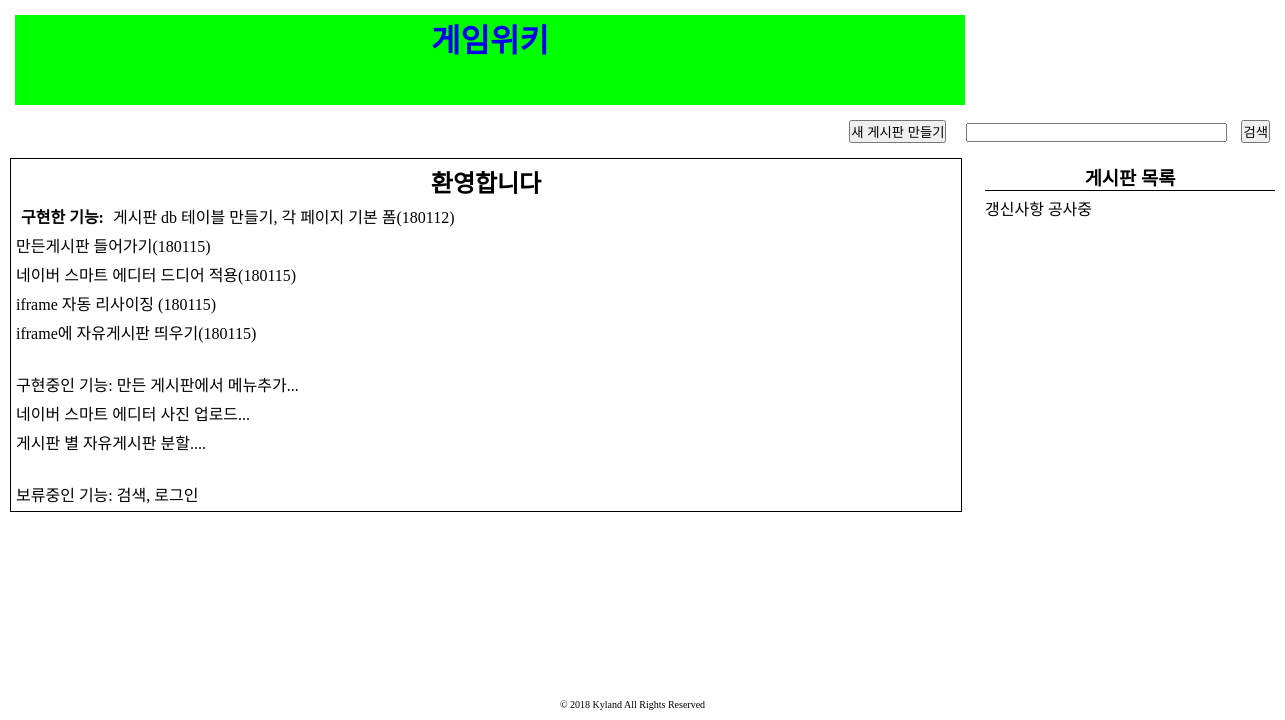
Repository: sithslord/GameWiki
Page: http://localhost/JSPBoard/MainPage/Main.jsp
An editor plug-in stored every save of this project. The page is shown before and after the next save, followed by the edit.
The browser window is 1280 px wide. The page is 1285 px wide, so the pictures cover 1285 px, including what lies to the right of the window. The pictures show the whole page.
The page is served by Tomcat 9. Other server files are loaded and not shown.

Above is the page before, as saved 2018-01-15 09:06:46.

### ReWork/JSPBoard/WebContent/MainPage/Main.jsp
<%@ page language="java" contentType="text/html; charset=EUC-KR"
    pageEncoding="EUC-KR"%>
<%@ taglib prefix="c" uri="http://java.sun.com/jsp/jstl/core" %>

<!DOCTYPE html PUBLIC "-//W3C//DTD HTML 4.01 Transitional//EN" "http://www.w3.org/TR/html4/loose.dtd">
<html>
<head>
<meta http-equiv="Content-Type" content="text/html; charset=EUC-KR">
<title>게임 위키</title>
<style type="text/css">

*{
	margin: 5px;
	padding: 0;
}

body{
	width: 1280px;
	margin: 0 auto;
}

#banner h1{
	background: lime;
	float: left;
	width: 950px;
	height: 90px;
	text-align: center;
}

#banner form{
	float: right;
}

#info{
	float: left;
	width: 950px;
	height: auto;
	border: 1px solid black;

}



#news{
	float: right;
	width: 300px;
	height: auto;
}

#news h3{
	border-bottom: 1px solid black;
}

#footer{

	position: absolute;
	bottom: 0;
	text-align: center !important;

}

#copyright{
	font-size: 10px;
	margin-left: 550px;
}

.hyper{
	link{text-decoration:none; color:black;}
	visitied{text-decoration:none; color:black;}
	action{text-decoration:none; color:black;}
	hover{text-decoration:none; color:black;}
}



</style>
</head>
<body>
	<div id="banner">
		<a class="hyper" href="main.do"><h1>게임위키</h1></a>

		<form action="search" method="post">
			<input type="text" name="srch" size="30">
			<input type="submit" value="검색">
		</form>

		<form action="makeboard.do" method="post">
			<input type="submit" value="새 게시판 만들기">
		</form>

	</div>

	<div id="info">
		<h2 align="center">환영합니다</h2>

		<p><strong>구현한 기능:</strong> 게시판 db 테이블 만들기, 각 페이지 기본 폼(180112)</p>
		<p>만든게시판 들어가기(180115)</p>
		<p>네이버 스마트 에디터 드디어 적용(180115)</p>
		<p>iframe 자동 리사이징 (180115)</p>
		<p>iframe에 자유게시판 띄우기(180115)</p>

		</br>
		<p>구현중인 기능: 만든 게시판에서 메뉴추가...</p>
		<p>네이버 스마트 에디터 사진 업로드...</p>
		<p>게시판 별 자유게시판 분할....</p>
		</br>
		<p>보류중인 기능: 검색, 로그인</p>


	</div>

	<div id="news">
		<h3 align="center">게시판 목록</h3>
		<c:forEach items="${news }" var="dto">
			<p><a href="board_view.do?bdId=${dto.bdId }">${dto.bdTitle }</a></p>
		</c:forEach>

		<p>갱신사항 공사중</p>
	</div>

	<div id="footer">


		<p id="copyright">&copy; 2018 Kyland All Rights Reserved </p>

	</div>



</body>
</html>

After the next save:
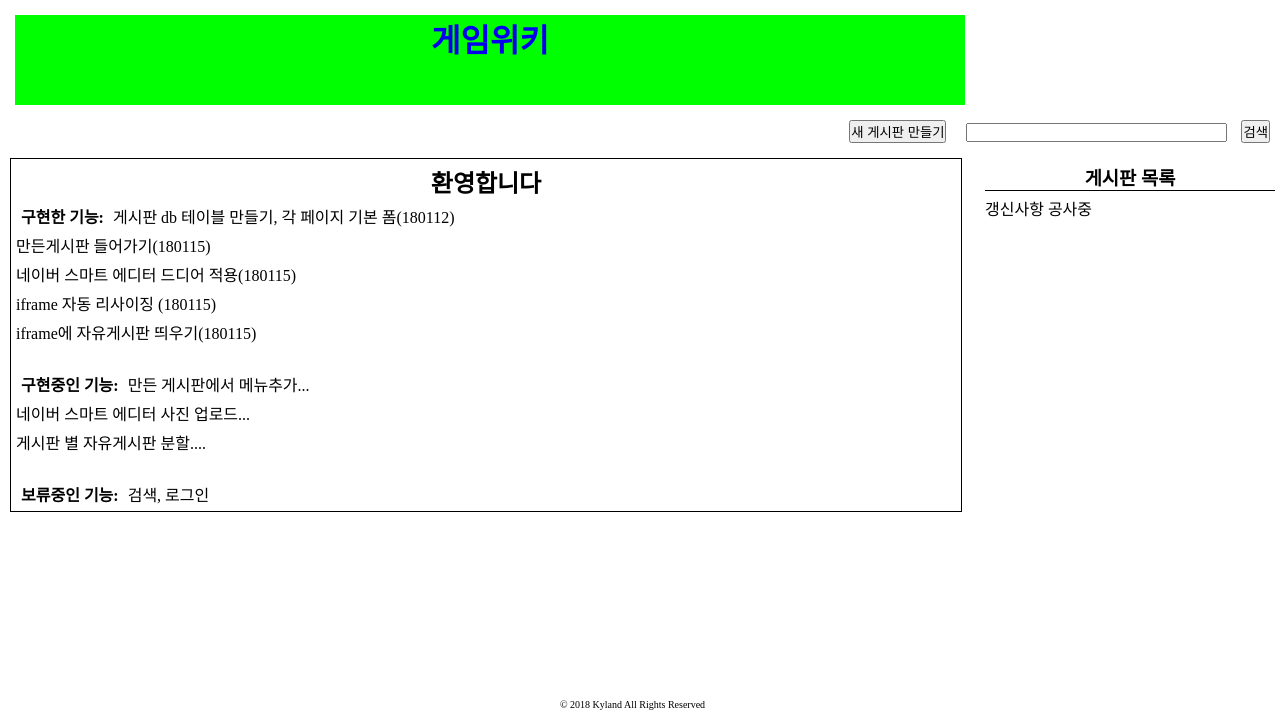
Saved 16 s later.
--- a/ReWork/JSPBoard/WebContent/MainPage/Main.jsp
+++ b/ReWork/JSPBoard/WebContent/MainPage/Main.jsp
@@ -100,11 +100,11 @@ body{
 		<p>iframe에 자유게시판 띄우기(180115)</p>
 
 		</br>
-		<p>구현중인 기능: 만든 게시판에서 메뉴추가...</p>
+		<p><strong>구현중인 기능:</strong> 만든 게시판에서 메뉴추가...</p>
 		<p>네이버 스마트 에디터 사진 업로드...</p>
 		<p>게시판 별 자유게시판 분할....</p>
 		</br>
-		<p>보류중인 기능: 검색, 로그인</p>
+		<p><strong>보류중인 기능:</strong> 검색, 로그인</p>
 
 
 	</div>
